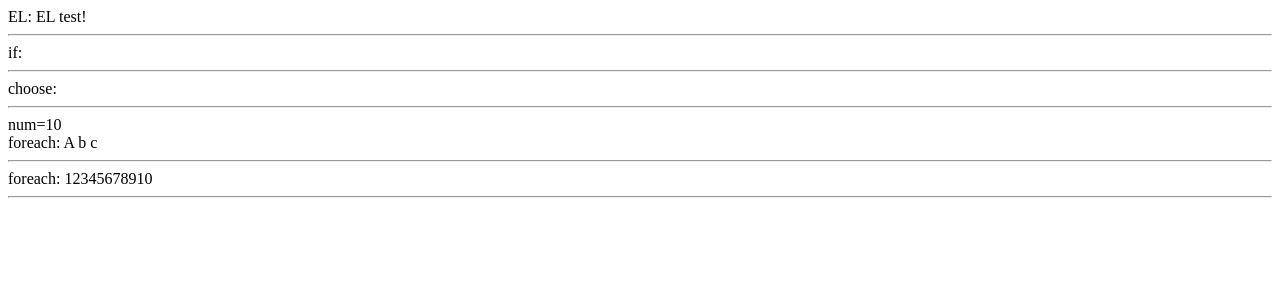
Repository: icankeep/Java
Page: http://localhost/web-crud/test.jsp
The author's editor kept a copy of each file at every save. The page is drawn from the files as they stood at one save, then again after the next save.
The browser window is 1280 px wide. The pictures show the whole page.
The page is served by Tomcat 9. Other server files are loaded and not shown.

Above is the page before, as saved 2018-12-04 11:48:55.

### workspace/web-crud/webapp/test.jsp
<%@ page language="java" contentType="text/html; charset=UTF-8" import="java.util.Arrays"%>
<%@taglib uri="http://java.sun.com/jsp/jstl/core" prefix="c"%>
<!DOCTYPE html PUBLIC "-//W3C//DTD HTML 4.01 Transitional//EN" "http://www.w3.org/TR/html4/loose.dtd">
<html>
<head>
<meta http-equiv="Content-Type" content="text/html; charset=UTF-8">
<title>Insert title here</title>
</head>
<body>
	EL:
	<%
		String test = "EL test!";
		request.setAttribute("test", test);
		request.setAttribute("num", 10);
		request.setAttribute("str",Arrays.asList("A","b","c"));
	%>
	${test}
	<hr/>
	if:
	<c:if test="${num > 10}">num>10</c:if>
	<hr/>
	choose:
	<hr/>
	<c:choose>
		<c:when test="${num == 10}">num=10</c:when>
		<c:otherwise>num!=10</c:otherwise>
	</c:choose>
	<br/>
	foreach:
	<c:forEach items="${str}" var="s">
		${s}
	</c:forEach>
	<hr/>
	foreach:
	<c:forEach begin="1" step="1" end="10" var="num">${num}</c:forEach>
	<hr/>

</body>
</html>

After the next save:
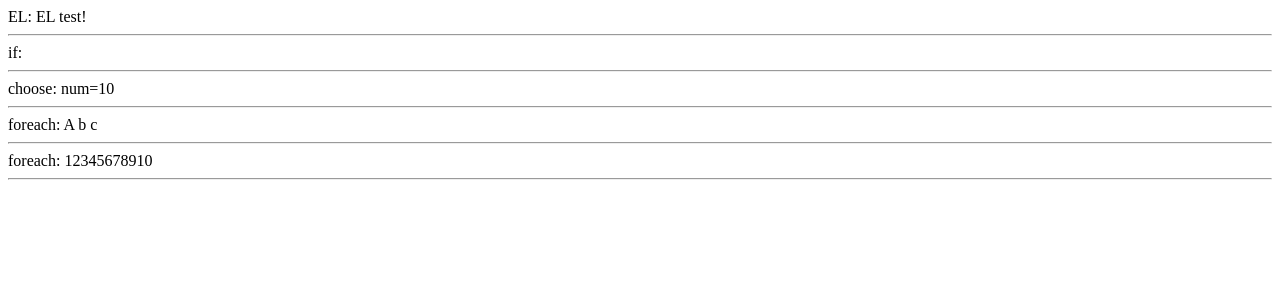
Saved 8 s later.
--- a/workspace/web-crud/webapp/test.jsp
+++ b/workspace/web-crud/webapp/test.jsp
@@ -20,12 +20,11 @@
 	<c:if test="${num > 10}">num>10</c:if>
 	<hr/>
 	choose:
-	<hr/>
 	<c:choose>
 		<c:when test="${num == 10}">num=10</c:when>
 		<c:otherwise>num!=10</c:otherwise>
 	</c:choose>
-	<br/>
+	<hr/>
 	foreach:
 	<c:forEach items="${str}" var="s">
 		${s}
